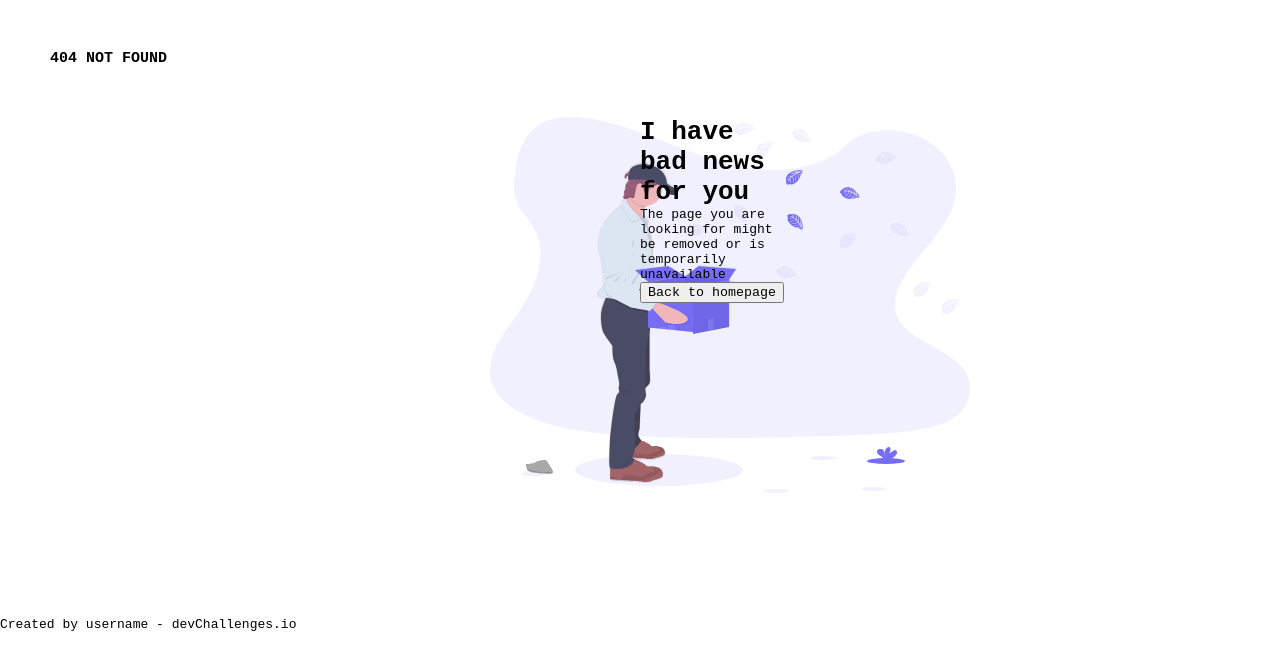
Repository: georgisenze/404-not-found-challeng
Page: index.html
The author's editor kept a copy of each file at every save. The page is drawn from the files as they stood at one save, then again after the next save.
The browser window is 1280 px wide. The pictures show the whole page.

Above is the page before, as saved 2023-02-21 06:37:57.

### index.html
<!DOCTYPE html>
<html lang="en">
<head>
    <meta charset="UTF-8">
    <meta http-equiv="X-UA-Compatible" content="IE=edge">
    <meta name="viewport" content="width=device-width, initial-scale=1.0">
    <title>404 page not found</title>
    <link rel="stylesheet" href="assets/css/style.css">
    <link
      href="https://fonts.googleapis.com/css2?family=Poppins:wght@400;500&display=swap"
      rel="stylesheet"
    />
</head>
<body>
    <div class="main">
        <header>
            <p>404 not found</p>
        </header>

        <div class="container">
            <div class="row">
                <div class="col-6">
                    <img src="assets/img/404-illustration.svg" alt="">
                </div>
                <div class="col-6">
                    <div class="col-2">
                        <h1>I have bad news for  you</h1>
                    </div>
                    <div class="col-2">
                        <p>The page you are looking for might be removed or is temporarily unavailable</p>
                    </div>
                    <div class="col-2">
                        <button>Back to homepage</button>
                    </div>
                </div>
            </div>
        </div>


        <footer>
            <p>Created by <span>username</span> - devChallenges.io </p>
        </footer>
    </div>
</body>
</html>

### assets/css/style.css
*{
    margin: 0;
    font-family: monospace;
}

.main {
    min-width: 100%;
    height: 100%;
}

header p {
    text-transform: uppercase;
    font-weight: bold;
    font-size: 15px;
    padding: 50px;
}

.container{
    display: flex;
    justify-content: center;
}

.row{
    display: flex;
    justify-content: space-around;
    height: 500px;
}

.col-6{
    width: 150px;
}

After the next save:
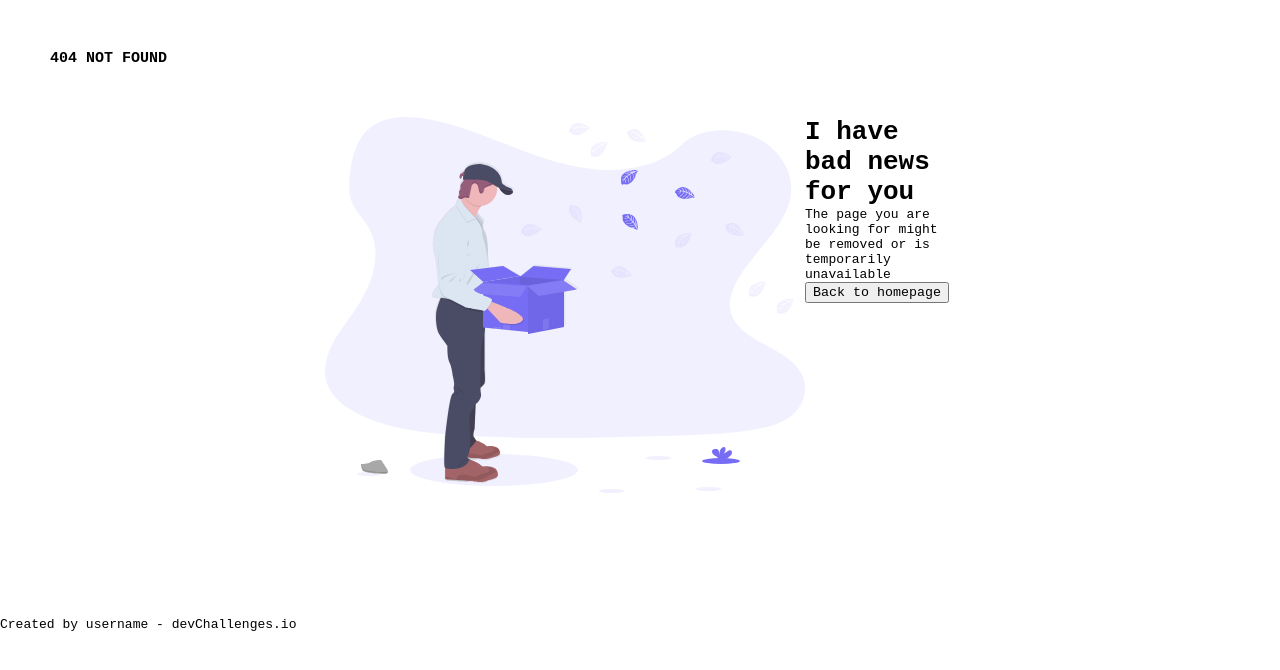
Saved 30 s later.
--- a/index.html
+++ b/index.html
@@ -19,7 +19,7 @@
 
         <div class="container">
             <div class="row">
-                <div class="col-6">
+                <div class="left">
                     <img src="assets/img/404-illustration.svg" alt="">
                 </div>
                 <div class="col-6">
